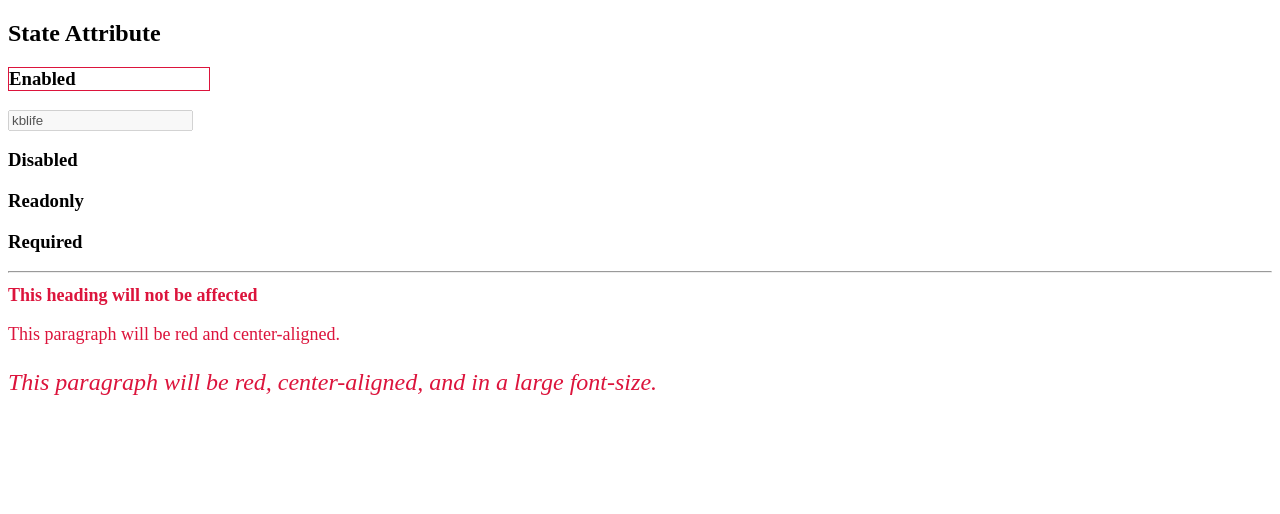
Repository: daeun0220/KB_EDU_JAVA
Page: work03_FrontUI/front02_CSS3/src/main/webapp/css02_state.html
These files come from the project's save history. The page is drawn as it stood at one moment and after the next save; the edit follows.
The browser window is 1280 px wide. The pictures show the whole page.

Above is the page before, as saved 2023-08-08 01:12:19.

After the next save:
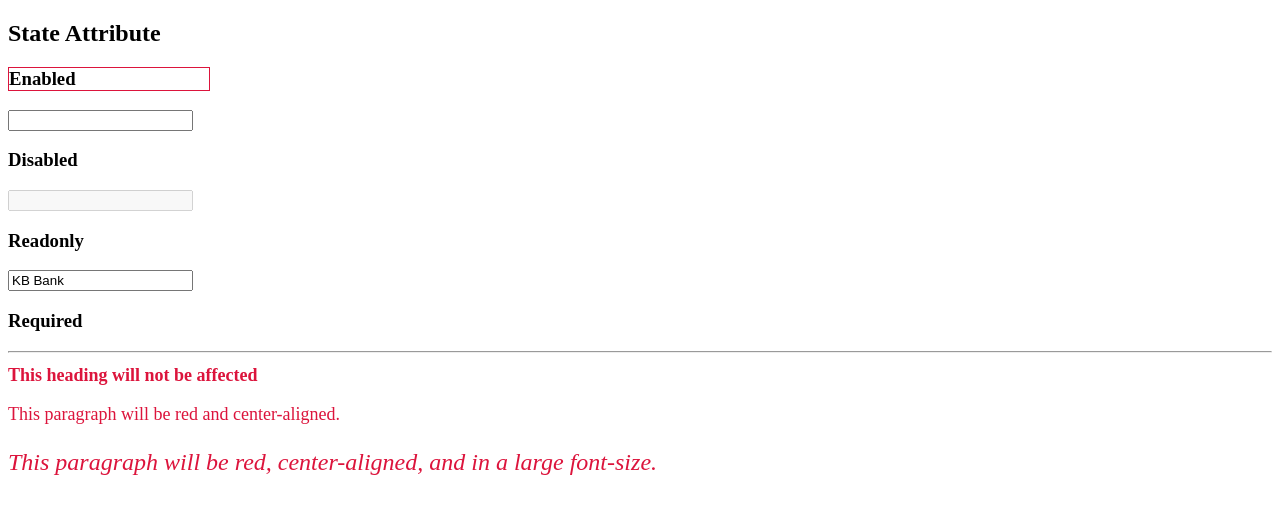
Saved 69 s later.
--- a/work03_FrontUI/front02_CSS3/src/main/webapp/css02_state.html
+++ b/work03_FrontUI/front02_CSS3/src/main/webapp/css02_state.html
@@ -14,7 +14,7 @@
 		font-style:italic;
 	}
 	#box{
-	width: 200px;
+		width: 200px;
 		border: 1px solid crimson;
 	}
 </style>
@@ -27,14 +27,14 @@ inline tag
 <h2>State Attribute</h2>
 <form action="#">
 	<h3 id="box">Enabled</h3>
-	<input type="text" disabled="disabled" value="kblife">
+	<input type="text" />
 
 
 	<h3>Disabled</h3>
-
+	<input type="text" disabled="disabled">
 
 	<h3>Readonly</h3>
-
+	<input type="text" readonly="readonly" value="KB Bank">
 
 	<h3>Required</h3>
 
